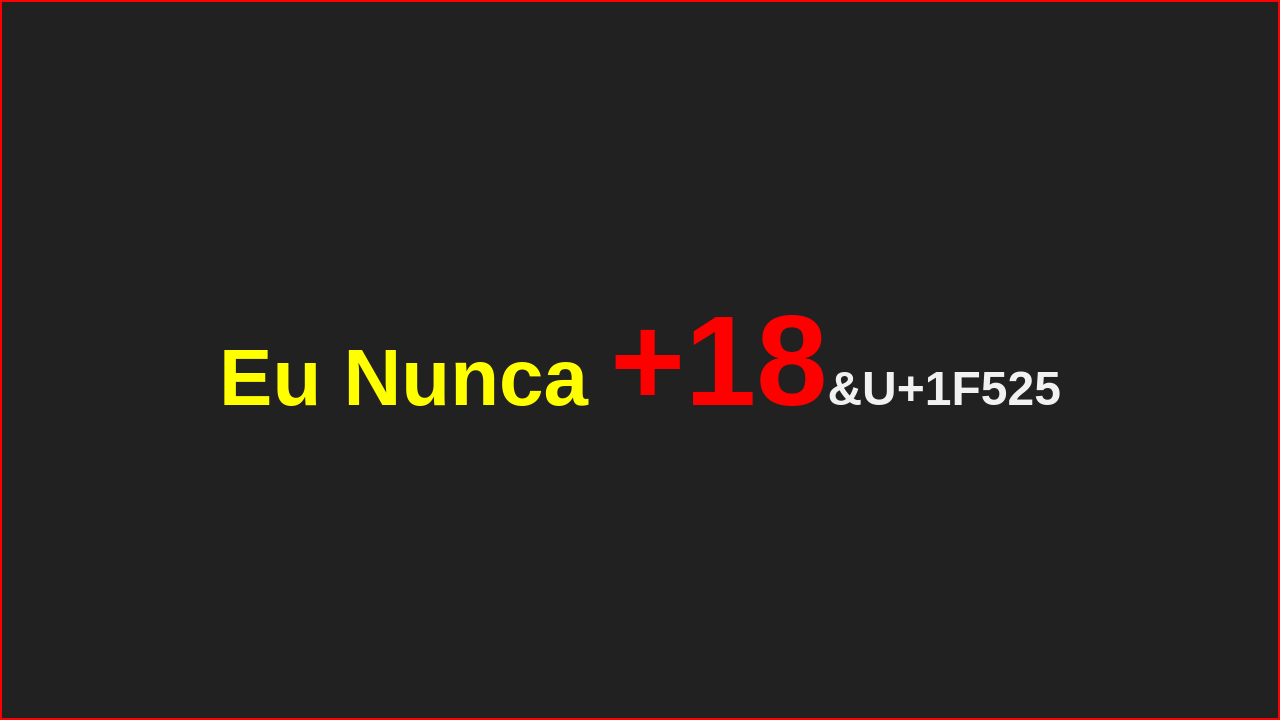
Repository: odiloalmeida/inever
Page: index.html
The author's editor kept a copy of each file at every save. The page is drawn from the files as they stood at one save, then again after the next save.
The browser window is 1280 px wide. The pictures show the whole page.

Above is the page before, as saved 2023-01-31 20:23:15.

### index.html
<!DOCTYPE html>
<html lang="en">
<head>
    <meta charset="UTF-8">
    <meta http-equiv="X-UA-Compatible" content="IE=edge">
    <meta name="viewport" content="width=device-width, initial-scale=1.0">
    <link rel="stylesheet" href="./style.css">
    <title>18+ I Never</title>

</head>

<body>
    <button id="myButton" onclick="changeButtonName()"><span>Eu Nunca </span> <span2>+18</span2>&U+1F525</button>
</body>

<script>

    function changeButtonName() {
        var button = document.getElementById("myButton");

        var names = ["Beijei alguém dessa turma",
        "Senti atração por alguém dessa turma",
        "Tomei banho pelado na praia/piscina",
        "Fiquei com um professor",
        "Fiquei com um amigo e me arrependi",
        "Fiquei com um amigo e não disse pra ninguém",
        "Menti sobre ter ficado com uma pessoa",
        "Bebi tanto que beijei alguém que não queria",
        "Bebi tanto que esqueci tudo no outro dia",
        "Vi um nudes de alguém dessa turma",
        "Desejei o namorado/namorada de um amigo",
        "Fiquei com alguém por interesse",
        "Acelerei o ato sexual por que o oral estava ruim",
        "Bebi pra ter coragem de chegar numa pessoa",
        "Transei na escola/faculdade",
        "Transei no chão",
        "Fiz sexo oral enquanto a pessoa trabalhava",
        "Fiz sexo oral enquanto a pessoa dirigia",
        "Usei fantasias sexuais",
        "Usei plug anal",
        "Usei um vibrador",
        "Fiquei com alguém depois neguei pra todo mundo",
        "Disse pra uma pessoa que a amava sem amar",
        "Transei no carro",
        "Broxei no meio do ato sexual",
        "Desisti de ficar com uma pessoa por que ela estava fedendo",
        "Fui chupar e estava fedendo muito e desisti",
        "Me masturbei depois do ato sexual por que não conseguir “chegar lá” com o parceiro",
        "Fiquei com dois amigos ao mesmo tempo sem eles saberem",
        "Parei o ato sexual para ir fazer xixi",
        "Fiz a chuca",
        "Transei na rua",
        "Paguei por sexo",
        "Fiz sexo por dinheiro"

        ];

        var randomName = names[Math.floor(Math.random() * names.length)];
        button.innerHTML = randomName;
    }

</script>

</html>

### style.css
* {
    padding: 0;
    margin: 0;
    box-sizing: border-box;
}

body {
    width: 100vw;
    height: 100vh;
    background-color: #212121;
    display: flex;
    flex-direction: column;
    align-items: center;
    justify-content: center;
}

button {
    background-color: transparent;
    height: 100vh;
    width: 100vw;
    border: red 2px solid;
    color: #f1f1f1;
    font-weight: bold;
    font-size: 3rem;
    padding: 5px;
}

button span {
    color: yellow;
    font-size: 5rem;
}

button span2 {
    color: red;
    font-size: 8rem;
}

After the next save:
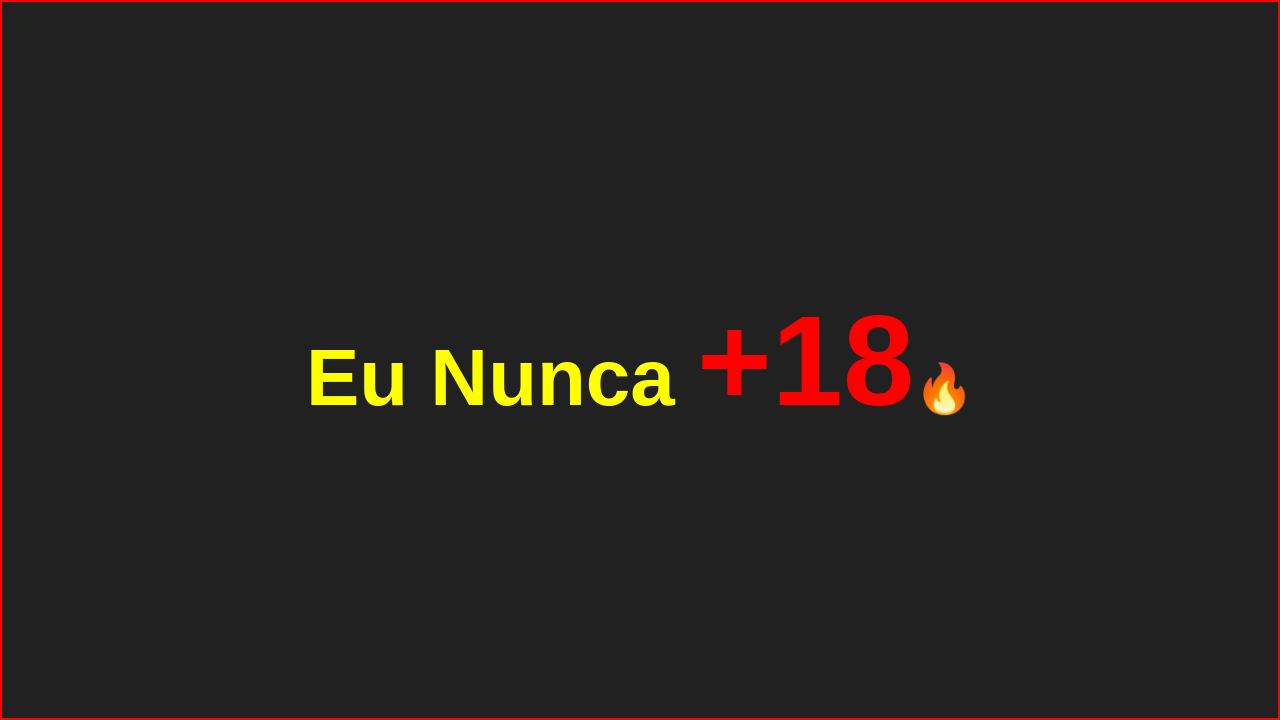
Saved 21 s later.
--- a/index.html
+++ b/index.html
@@ -10,7 +10,7 @@
 </head>
 
 <body>
-    <button id="myButton" onclick="changeButtonName()"><span>Eu Nunca </span> <span2>+18</span2>&U+1F525</button>
+    <button id="myButton" onclick="changeButtonName()"><span>Eu Nunca </span> <span2>+18</span2>&#128293</button>
 </body>
 
 <script>
